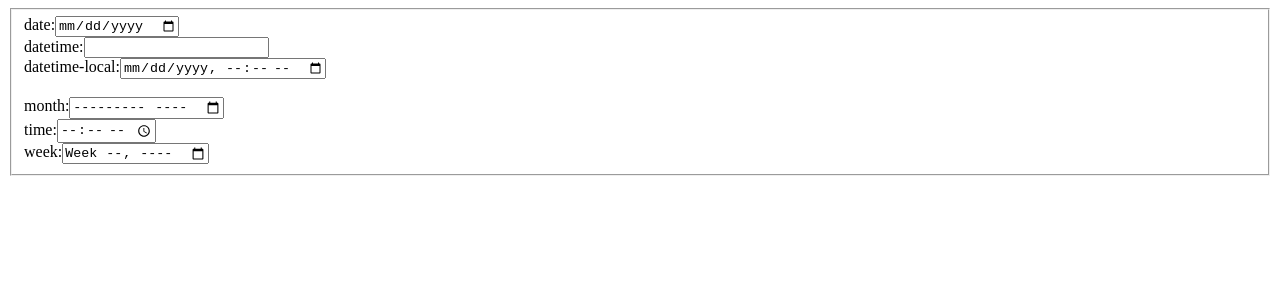
Repository: daehyeonhong/HTML
Page: ch03/WebContent/date관련태그.html
The author's editor kept a copy of each file at every save. The page is drawn from the files as they stood at one save, then again after the next save.
The browser window is 1280 px wide. The pictures show the whole page.

Above is the page before, as saved 2020-05-18 07:23:18.

After the next save:
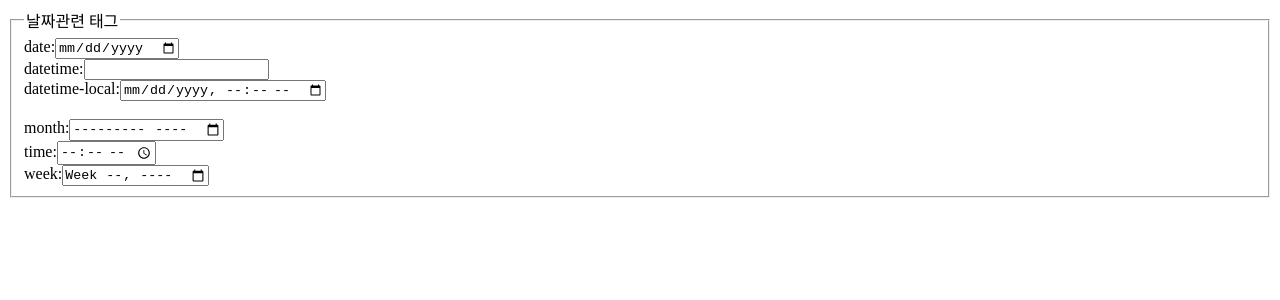
Saved 11 s later.
--- a/ch03/WebContent/date관련태그.html
+++ b/ch03/WebContent/date관련태그.html
@@ -7,6 +7,7 @@
 <body>
 	<form>
 		<fieldset>
+		<legend>날짜관련 태그</legend>
 			date:<input type="date"><br>
 			<!-- 날짜입력태그 -->
 			datetime:<input type="datetime"><br>
